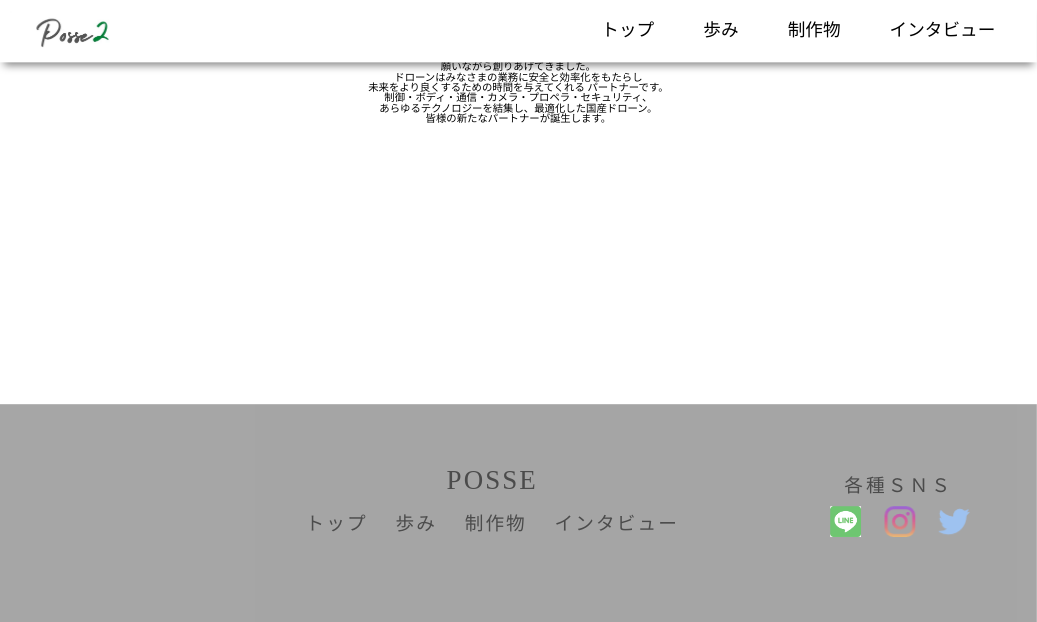
Repository: posse-ap/posse2-hackathon-202202-team2A
Page: topPage/index.html
The author's editor kept a copy of each file at every save. The page is drawn from the files as they stood at one save, then again after the next save.
The browser window is 1280 px wide. The pictures show the whole page, at 81% of full size.

Above is the page before, as saved 2022-02-15 03:07:31.

### topPage/index.html
<!DOCTYPE html>
<html lang="en">

<head>
    <meta charset="UTF-8" />
    <meta http-equiv="X-UA-Compatible" content="IE=edge" />
    <meta name="viewport" content="width=device-width, initial-scale=1.0" />
    <title>Document</title>
    <link rel="stylesheet" href="/reset.css" />
    <link rel="stylesheet" href="/topPage/style.css" />
</head>

<body>
    <!-- <header id="header" class="header">
        <div class="header_content">
            <div class="header_title">
                <img src="/topPage images/S__31211608.jpg" alt="" class="header_title_img">
            </div>
            <div class="header_links">
                <ul>
                    <li><a href="">トップページ</a></li>
                    <li><a href="">活動記録</a></li>
                    <li><a href="">日常の記録</a></li>
                    <li><a href="">保護者の方へ</a></li>
                </ul>
            </div>
        </div>
    </header> -->

    <header id="header" class="header">
        <div class="header_content">
            <div class="header_title">
                <img src="/topPage images/S__31211608.jpg" alt="" class="header_title_img">
            </div>
            <!-- ①サイトタイトル -->
            <div class="nav-wrapper header_links">
                <!-- ②ナビゲーションメニュー -->
                <nav class="header-nav">
                    <ul class="nav-list">
                        <li class="nav-item">
                            <a href="">トップ</a>
                        </li>
                        <li class="nav-item">
                            <a href="">歩み</a>
                        </li>
                        <li class="nav-item">
                            <a href="">制作物</a>
                        </li>
                        <li class="nav-item">
                            <a href="">インタビュー</a>
                        </li>
                    </ul>
                </nav>
            </div>
            <button class="burger-btn">
                <!-- ③ハンバーガーボタン -->
                <span class="bar bar_top"></span>
                <span class="bar bar_mid"></span>
                <span class="bar bar_bottom"></span>
            </button>
        </div>
    </header>

    <section class="section">
        <div>
            <h2>日本の社会インフラを進化させる力。</h2>
        <p>社会インフラを支える<span class="highlight">すべての</span>人へ<br>
            より良い未来をつくるために届けたい<br>
            空をより近くに、空間を自在にする「目」</p>
        <p>ひとが働きがいを持って経済成長を実現するために、<br>
            <span class="highlight">寄り添いながら支えられる存在</span>であるよう<br>
            願いながら創りあげてきました。<br>
            ドローンはみなさまの業務に安全と効率化をもたらし<br>
            未来をより良くするための時間を与えてくれる <span class="highlight">パートナー</span>です。</p>
        <p>制御・ボディ・通信・カメラ・プロペラ・セキュリティ、<br>
            <span class="highlight">あらゆるテクノロジー</span>を結集し、最適化した国産ドローン。<br>
            皆様の新たなパートナーが誕生します。</p>
        </div>
    </section>



    <footer class="footer">
        <div class='footer_box'>
            <div class="footer_box1">
                <div class='footer_official_box'>
                    <label for="logo"><p>POSSE</p></label>
                    <!-- <a id='logo'  href="https://posse.anti-pattern.co.jp/"><img class='posse_logo_footer' src="img\posseLogo.png" alt="ポッセロゴ"></a> -->
                </div>
                <div class='footer_other_box'>
                    <div class='footer_page_in_site'>
                        <a href="">トップ</a>
                        <a href="">歩み</a>
                        <a href="">制作物</a>
                        <a href="">インタビュー</a>
                    </div>
                </div>
            </div>
            <div class='SNS'>
                <p>各種ＳＮＳ</p>
                <div class='SNS_box'>
                    <a href=""><img src="/topPage images/LINE.png" alt=""></a>
                    <a href="https://instagram.com/posse_programming?utm_medium=copy_link"><img src="/topPage images/instagram2.png" alt="instagram"></a>
                    <a href="https://twitter.com/posse_program?s=20"><img src="/topPage images/twitter2.png" alt="twitter"></a>
                </div>
            </div>
        </div>
    </footer>

    <script src="https://ajax.googleapis.com/ajax/libs/jquery/3.6.0/jquery.min.js"></script>
    <script src="/topPage/script.js"></script>
</body>

</html>

### topPage/style.css
html {
    font-size: 1vw;
}

body {
    text-align: center;
    margin: 0 auto;
    font-family: "ヒラギノ丸ゴ Pro W4", "ヒラギノ丸ゴ Pro", "Hiragino Maru Gothic Pro", "ヒラギノ角ゴ Pro W3", "Hiragino Kaku Gothic Pro", "HG丸ｺﾞｼｯｸM-PRO", "HGMaruGothicMPRO";
}

.header_content {
    width: 95%;
    height: 90%;
    display: flex;
    justify-content: space-between;
    opacity: 1;
    margin: 0 6rem 0.3rem 1rem;
}

.header_title {
    display: flex;
}

.header_title_img {
    display: block;
    width: 12rem;
    height: 4rem;
    opacity: 1;
}



.header_links {
    width: 40%;
    padding: 1rem 0 0 0;
}

.header_links ul {
    display: flex;
    justify-content: space-between;
}

.header_links li a {
    display: block;
    color: black;
    text-decoration: none;
    font-size: 1.7rem;
}

.header_links li a:hover {
    opacity: 0.4;
    transform: translate(0, -5px);
}


.header {
    width: 100%;
    height: 6rem;
    background: white;
    position: fixed;
    top: 0;
    left: 0;
    padding-top: 1.1rem;
    box-sizing: border-box;
    z-index: 5;
    box-shadow: 0px 10px 10px -5px rgba(0, 0, 0, 0.5);
}

.SNS_box{
    width: 150%;
}


/* -------------------- */
/* header
  /* -------------------- */
/* .header {
    align-items: center;
    background-color: #1b1310;
    border-bottom: 1px solid #fff;
    color: #fff;
    display: flex;
    height: 74px;
    justify-content: space-between;
    padding: 0 120px;
} */

/* .nav-list {

    display: flex;
} */

/* .nav-item {

    margin-right: 55px;
} */

.burger-btn {
    display: none;
}

/* ------------------ */
/* fv
  /* ------------------ */
.fv {
    align-items: center;
    background-color: #141414;
    background-image: url(../img/fv-bgi@2x.jpg);
    background-position: center;
    background-size: cover;
    display: flex;
    flex-direction: column;
    height: 90vh;
    justify-content: center;
}

/* .main-copy {
    border: 2px solid #fff;
    color: #fff;
    font-size: 50px;
    font-weight: bold;
    padding: 34px 42px;
} */

/* ------------------ */
/* about
  /* ------------------ */
.section-title {
    font-size: 36px;
    font-weight: bold;
    letter-spacing: .05em;
    margin-bottom: 70px;
    text-align: center;
}

h3 {
    font-size: 2.4rem;
    font-weight: bold;
    letter-spacing: .1em;
    line-height: 2;
    margin-bottom: 40px;
}

.section-wrapper {
    padding: 100px 10% 50px;
}

@media screen and (min-width:541px) and (max-width:1024px) {
    .header{
        height: 10rem;
    }

    .header_content{
        padding-top: 2rem;
    }

    .header_title_img{
        width: 100%;
        height: 70%;
    }

    .header_links li a{
        font-size: 2.7rem;
        margin-top: 0;
    }

    .header_links{
        width: 50%;
    }
}

@media screen and (max-width:540px) {

    /* ----------------------- */
    /* base_sp
    /* ----------------------- */
    /* デフォルトのbuttonスタイルをリセット */
    button {
        -webkit-appearance: none;
        -moz-appearance: none;
        appearance: none;
        background: transparent;
        border: 0;
        border-radius: 0;
        color: inherit;
        cursor: pointer;
        font: inherit;
        margin: 0;
        outline: none;
        padding: 0;
        vertical-align: middle;
    }

    /* ------------------ */
    /* humberger-menu */
    /* ------------------ */
    .header {
        padding: 0;
        height: 15rem;
    }

    .header_title_img{
        margin-top: 2rem;
        width: 30rem;
        height: 10rem;
    }

    /* 以下、ハンバーガーボタン */
    .burger-btn {
        display: block;
        height: 22%;
        position: relative;
        width: 20%;
        z-index: 3;
        /* codepenの挙動のため */
        background-color: transparent;
        border: none;
        margin-top: 6rem;
    }



    .bar {
        background-color: black;
        display: block;
        height: 0.1rem;
        left: 50%;
        position: absolute;
        transform: translateX(-50%);
        width: 7rem;
    }

    .bar_top {
        top: 3rem;
    }

    .bar_mid {
        top: 50%;
        transform: translate(-50%, -50%);
    }

    .bar_bottom {
        bottom: 3rem;
    }

    .burger-btn.close{
        margin-top: 8.4rem;
    }

    .burger-btn.close .bar_top {
        transform: translate(-50%,-4.3rem) rotate(45deg);
        transition: transform .3s;
    }

    .burger-btn.close .bar_mid {
        opacity: 0;
        transition: opacity .3s;
    }

    .burger-btn.close .bar_bottom {
        transform: translate(-50%, -1rem) rotate(-45deg);
        transition: transform .3s;
    }

    /* スクロール制御 */
    .noscroll {
        overflow: hidden;
    }

    /* 以下、ハンバーガーメニュー */
    .nav-wrapper {
        visibility: hidden;
        height: 100vh;
        left: 0;
        position: fixed;
        top: 0;
        width: 100vw;
        opacity: 0;
        transition: opacity .5s;
        z-index: 2;
        /*キービジュアルと.btn_triggerとの重なりの前後関係を調整*/
    }

    .header-nav {
        background-color: white;
        height: 100%;
        width: 100%;
        z-index: 2;
    }

    .header_links ul{
        display: block;
    }

    .nav-list {
        display: block;
        left: 50%;
        position: absolute;
        text-align: center;
        top: 50%;
        transform: translate(-50%, -50%);
    }

    .nav-item {
        margin-bottom: 40px;
        margin-right: 0;
    }

    .header_links li a{
        font-size: 5rem;
    }

    /* メニューオープン時 */
    .nav-wrapper.fade {
        opacity: 1;
        visibility: visible;
    }

    /* ------------------ */
    /* fv */
    /* ------------------ */
    .main-copy {
        font-size: 30px;
    }

    /* ------------------ */
    /* about */
    /* ------------------ */
    h3 {
        font-size: 20px;
        margin-bottom: 30px;
    }

    .section-wrapper {
        padding: 100px 5% 50px;
    }
}

/* ふったー */
.footer {
    background-color: grey;
    opacity: 0.7;
}

.footer_box {
    width: 65%;
    height: 15rem;
    display: flex;
    justify-content: space-around;
    padding: 6rem 0 0 0;
    position: relative;
    right: -23%;
    margin-top: 27rem;
}

.footer_official_box label p {
    color: black;
    font-size: 2.6rem;
    letter-spacing: 0.2rem;
}

.footer_official_box label p:hover {
    opacity: 0.4;
    transform: translate(0, -5px);
}

.footer_page_in_site a {
    color: black;
    text-decoration: none;
    font-size: 1.8rem;
    letter-spacing: 0.2rem;
}

.footer_page_in_site a:hover {
    opacity: 0.4;
    transform: translate(0, -5px);
}

.SNS {
    width: 14%;
}

.SNS_box a {
    margin: 1rem;
}

.SNS_box a img {
    width: 3rem;
    height: 3rem;
}

.SNS_box a :hover {
    opacity: 0.4;
    transform: translate(0, -5px);
}

.SNS p {
    color: black;
    font-size: 1.8rem;
    margin: 1rem 0;
    margin-left: 6rem;
    letter-spacing: 0.3rem;
    white-space: nowrap;
}

/* .SNS p:hover {
    opacity: 0.4;
    transform: translate(0, -5px);
} */

.posse_logo_footer {
    width: 80%;
    height: 40%;
}

.footer_other_box {
    font-size: 1.5rem;
    letter-spacing: 0.3rem;
    margin: 2rem;
}

.footer_page_in_site a {
    margin: 0 1rem;
}

.SNS_box{width: 250%;}

@media screen and (min-width:541px) and (max-width:1024px) {
    .footer{
        height: 30rem;
    }

    .footer_official_box label p{
        font-size: 7rem;
    }

    .SNS p{
        display: block;
        margin-left: 0;
        margin: 3rem auto;
        font-size: 3rem;
        white-space: nowrap;
    }

    .footer_page_in_site a{
        font-size: 3rem;
    }

    .footer_box{
        width: 75%;
        display: block;
        right: -13%;
    }

    .SNS{
        margin: 0 auto;
        width: 100%;
    }

    .SNS_box{
        width: 100%;
    }


    .footer_official_box label p{
        font-size: 4rem;
    }

    .SNS_box a img {
        width: 5rem;
        height: 5rem;
    }
}


@media screen and (max-width:540px) {
    .footer_box {
        display: block;
        height: 20rem;
        margin:  20rem 0;
        right: -5%;
        width: 90%;
    }

    .footer_official_box label p{
        font-size: 10rem;
    }

    .footer_page_in_site a{
        font-size: 5rem;
        display: block;
    }

    .footer_page_in_site{
        display: block;
        line-height: 7rem;
    }

    .footer{
        height: 70rem;
    }

    .SNS{
        margin: 0 auto;
        width: 100%;
    }

    .SNS p{
        margin-left: 0;
        display: block;
        width: 50rem;
        margin: 3rem auto;
        font-size: 7rem;
        white-space: nowrap
    }

    .SNS_box{
        width: 100%;
    }

    .SNS_box a img {
        width: 7rem;
        height: 7rem;
    }
}

### topPage/script.js
$('.burger-btn').on('click', function () {//.btn_triggerをクリックすると
    $('.burger-btn').toggleClass('close');//.btn_triggerにcloseクラスを付与(ボタンのアニメーション)
    $('.nav-wrapper').toggleClass('fade');//.nav-wrapperに
    $('body').toggleClass('noscroll');//bodyにnoscrollクラスを付与(スクロールを固定)
});

Loaded but not shown: reset.css (common file)

After the next save:
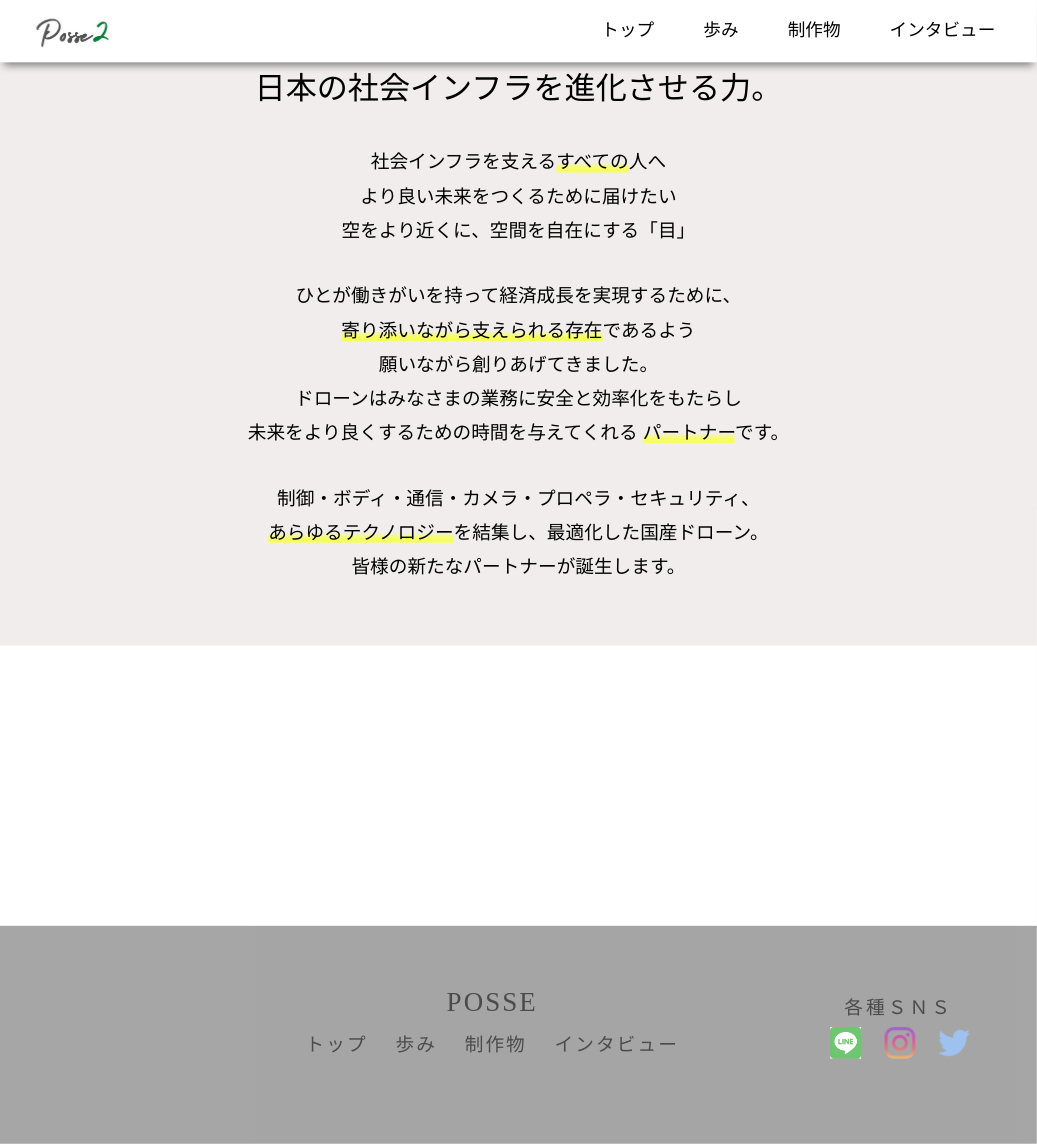
Saved 89 s later.
--- a/topPage/style.css
+++ b/topPage/style.css
@@ -523,3 +523,29 @@ h3 {
         height: 7rem;
     }
 }
+
+.section div {
+    background-color: rgb(241, 237, 237);
+    padding: 3rem;
+}
+
+.section div h2 {
+    font-size: 3rem;
+    margin: 4rem;
+    font-family: "HanziPen TC", "ＭＳ Ｐ明朝", "MS PMincho", sans-serif;
+}
+
+.section div p {
+    font-size: 1.8rem;
+    margin: 3rem;
+    font-family: "HanziPen TC", "ＭＳ Ｐ明朝", "MS PMincho", sans-serif;
+    line-height: 3.3rem;
+}
+
+.section2 {
+    padding: 7rem 0;
+}
+
+.highlight {
+    background: linear-gradient(transparent 50%, #f6ff5f 80%);
+}
